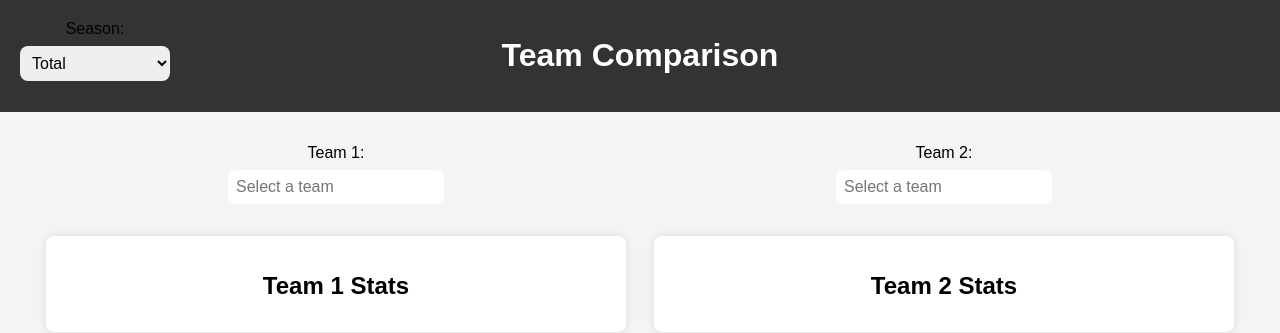
Repository: Enzo-py/dataviz-project-m1
Page: stat_page.html
An editor plug-in stored every save of this project. The page is shown before and after the next save, followed by the edit.
The browser window is 1280 px wide. The pictures show the whole page.
Some web fonts or font styles are not loaded; a fallback is used.

Above is the page before, as saved 2024-12-12 15:50:28.

### stat_page.html
<!DOCTYPE html>
<html lang="en">
<head>
    <meta charset="UTF-8">
    <meta name="viewport" content="width=device-width, initial-scale=1.0">
    <title>Team Comparison</title>
    <script type="text/javascript" src="js/d3.v7.min.js"></script>
    <script type="text/javascript" src="js/stat_page.js"></script>
    <link rel="stylesheet" href="style_stat_page.css">
    <link rel="preload" href="https://fonts.googleapis.com/css2?family=Material+Symbols+Outlined:opsz,wght,FILL,GRAD@20..48,100..700,0..1,-50..200&" as="style" onload="this.onload=null;this.rel='stylesheet'">
</head>
<body>
    <!-- Place the season selector at the top left corner -->
    <div class="season">
        <label for="season">Season:</label>
        <select id="season">
            <option value="total">Total</option>
            <option value="2021-2022">2021-2022</option>
            <option value="2022-2023">2022-2023</option>
            <option value="2023-2024">2023-2024</option>
        </select>
    </div>

    <header>
        <h1>Team Comparison</h1>
    </header>
    <main>
        <!-- Move the team-selection above the team stats -->
        <div class="team-selection">
            <div class="team">
                <label for="team1">Team 1:</label>
                <input type="text" id="team1" list="teams" placeholder="Select a team">
            </div>
            <div class="team">
                <label for="team2">Team 2:</label>
                <input type="text" id="team2" list="teams" placeholder="Select a team">
            </div>
            <datalist id="teams">
                <!-- Options will be populated dynamically -->
            </datalist>
        </div>

        <section class="comparison-results">
            <div class="team-stats" id="team1-stats">
                <h2>Team 1 Stats</h2>
                <!-- Stats will be populated dynamically -->
            </div>
            <div class="team-stats" id="team2-stats">
                <h2>Team 2 Stats</h2>
                <!-- Stats will be populated dynamically -->
            </div>
        </section>
    </main>
</body>
</html>

### js/stat_page.js
document.addEventListener("DOMContentLoaded", function() {
    const teams = ["Team A", "Team B", "Team C", "Team D"]; // Example teams, replace with actual data

    const datalist = document.getElementById("teams");
    teams.forEach(team => {
        const option = document.createElement("option");
        option.value = team;
        datalist.appendChild(option);
    });

    document.getElementById("team1").addEventListener("change", updateStats);
    document.getElementById("team2").addEventListener("change", updateStats);

    function updateStats() {
        const team1 = document.getElementById("team1").value;
        const team2 = document.getElementById("team2").value;

        if (team1) {
            document.getElementById("team1-stats").innerHTML = `<h2>${team1} Stats</h2><p>Stats for ${team1} will be displayed here.</p>`;
        }

        if (team2) {
            document.getElementById("team2-stats").innerHTML = `<h2>${team2} Stats</h2><p>Stats for ${team2} will be displayed here.</p>`;
        }
    }
});

### style_stat_page.css
body {
    font-family: Arial, sans-serif;
    margin: 0;
    padding: 0;
    background-color: #f4f4f4;
}

header {
    background-color: #333;
    color: #fff;
    text-align: center;
    padding: 1rem 0;
}

main {
    padding: 2rem;
}

menu.team-selection {
    display: flex;
    justify-content: space-around;
    margin-bottom: 2rem;
    background-color: var(--background-color);
    border: solid 2px var(--secondary-color);
    padding: 10px;
    border-radius: 8px;
    box-shadow: 0 3px 3px 0 var(--shadow-color);
}

.team {
    display: flex;
    flex-direction: column;
    align-items: center;
}

.team label {
    margin-bottom: 0.5rem;
}

.team input {
    padding: 0.5rem;
    font-size: 1rem;
    width: 200px;
    border: solid 2px var(--secondary-color);
    border-radius: 8px;
    box-shadow: 0 3px 3px 0 var(--shadow-color);
}

.comparison-results {
    display: flex;
    justify-content: space-around;
}

.team-stats {
    background-color: #fff;
    padding: 1rem;
    border-radius: 8px;
    box-shadow: 0 0 10px rgba(0, 0, 0, 0.1);
    width: 45%;
}

.team-stats h2 {
    text-align: center;
    margin-bottom: 1rem;
}

/* Position the season selector in the top left corner */
.season {
    position: fixed;
    top: 10px;
    left: 10px;
    background-color: var(--background-color);
    border: solid 2px var(--secondary-color);
    padding: 10px;
    border-radius: 8px;
    box-shadow: 0 3px 3px 0 var(--shadow-color);
    display: flex;
    flex-direction: column;
    align-items: center;
}

.season label {
    margin-bottom: 0.5rem;
}

.season select {
    padding: 0.5rem;
    font-size: 1rem;
    width: 150px;
    border: solid 2px var(--secondary-color);
    border-radius: 8px;
    box-shadow: 0 3px 3px 0 var(--shadow-color);
}

/* Style the team-selection div */
.team-selection {
    display: flex;
    justify-content: space-around;
    margin-bottom: 2rem;
    /* Remove background and borders if not needed */
    background-color: transparent;
    border: none;
    padding: 0;
    border-radius: 0;
    box-shadow: none;
}

Loaded but not shown: js/d3.v7.min.js (library)

After the next save:
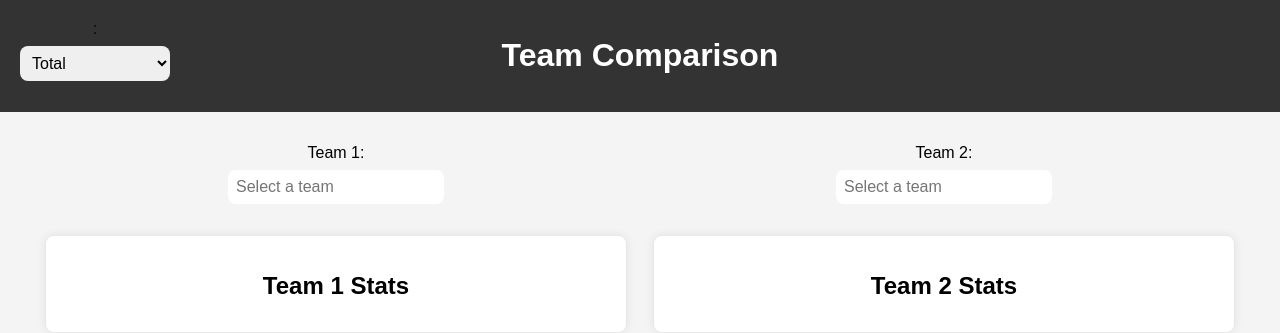
Saved 36 s later.
--- a/stat_page.html
+++ b/stat_page.html
@@ -12,7 +12,7 @@
 <body>
     <!-- Place the season selector at the top left corner -->
     <div class="season">
-        <label for="season">Season:</label>
+        <label for="season">:</label>
         <select id="season">
             <option value="total">Total</option>
             <option value="2021-2022">2021-2022</option>
